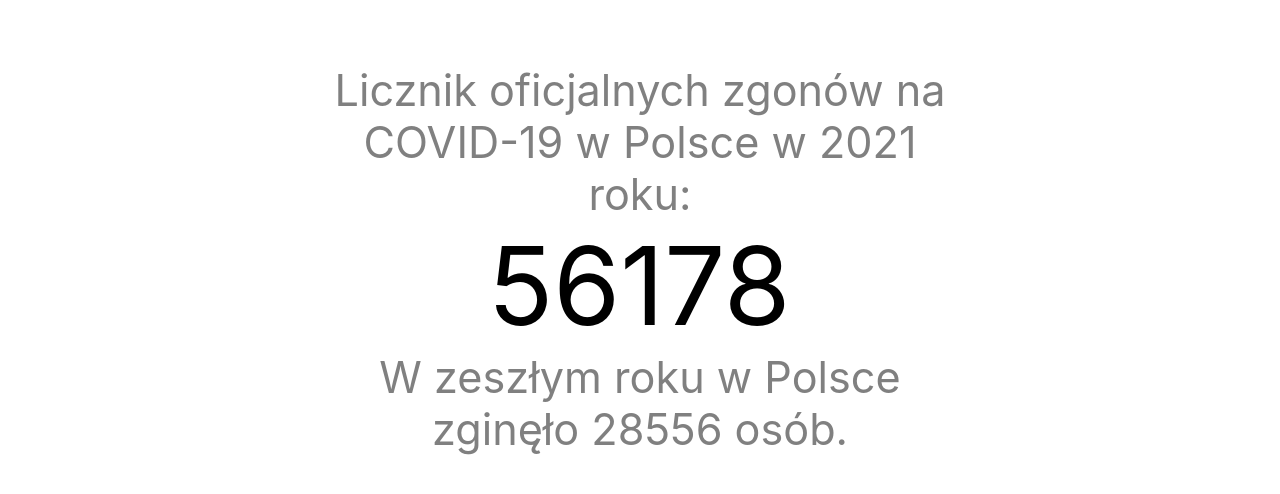
Repository: michalgornicki/poland-covid
Page: /
The author's editor kept a copy of each file at every save. The page is drawn from the files as they stood at one save, then again after the next save.
The browser window is 1280 px wide. The pictures show the whole page.
The project was rebuilt for these pictures with package versions that can differ from the ones it lists, and the page was loaded fresh each time.

Above is the page before, as saved 2021-12-04 19:12:47.

### src/App.jsx
import React, { useEffect } from 'react';
import './App.css';

function App() {



  const startTime = () => {
    const date = new Date();
    let miliseconds = date.getTime();
    let seconds = Math.round(miliseconds/1000);
    let hours = seconds/3600;
    let thisYearHours = Math.round(hours - 447056);
    let thisYearSeconds = Math.round(seconds - 1609401600)

    let deaths = Math.round(thisYearSeconds*0.00192110763);
    document.getElementsByClassName('counter')[0].innerHTML =  deaths;
    setTimeout(startTime, 1000);
  }

  useEffect(() => {
    startTime()
  });

  return (
    <p>
      <div className="text-container">
      <div className="header">Licznik oficjalnych zgonów na COVID-19 w Polsce w 2021 roku:</div>
      <div className="counter">{""}</div>

      <div className="header">W zeszłym roku w Polsce zginęło 28556 osób.</div>


      </div>
    </p>
  );
}

export default App;

### src/App.css
.text-container{
    margin-top: 5%;
}

.header{
    font-size: 6vmin;
    display: block;
    margin: auto;
    width: 50%;
    text-align: center;
    color: gray;
}

.counter{
    font-size: 15vmin;
    display: block;
    margin: auto;
    width: 50%;
    text-align: center;
}

Loaded but not shown: public/index.html (common file); src/index.js (common file); src/index.css (common file); src/reportWebVitals.js (common file)

After the next save:
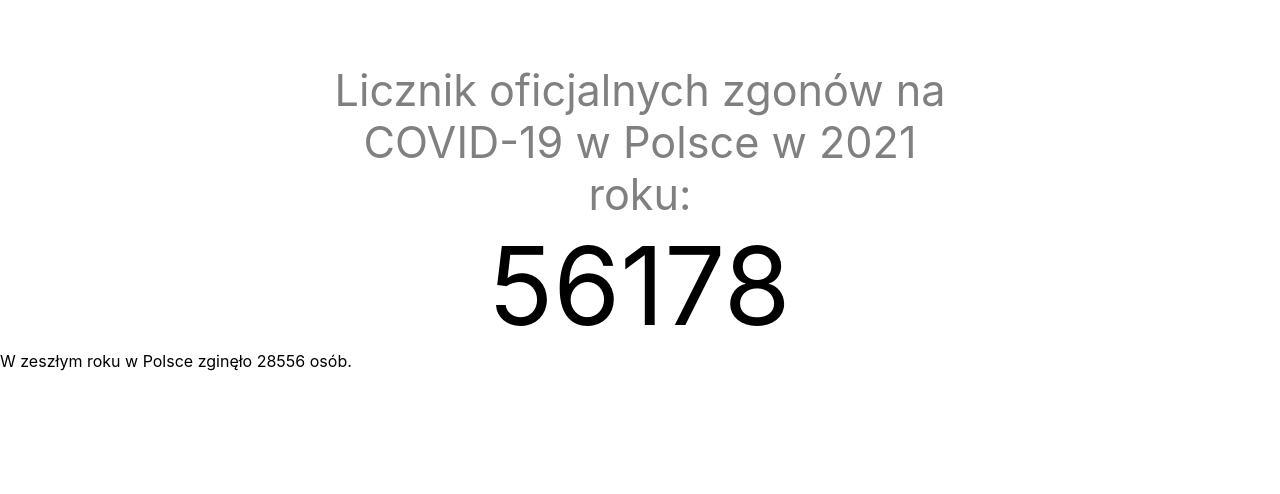
Saved 15 s later.
--- a/src/App.jsx
+++ b/src/App.jsx
@@ -28,7 +28,7 @@ function App() {
       <div className="header">Licznik oficjalnych zgonów na COVID-19 w Polsce w 2021 roku:</div>
       <div className="counter">{""}</div>
 
-      <div className="header">W zeszłym roku w Polsce zginęło 28556 osób.</div>
+      <div className="header-2">W zeszłym roku w Polsce zginęło 28556 osób.</div>
 
 
       </div>
